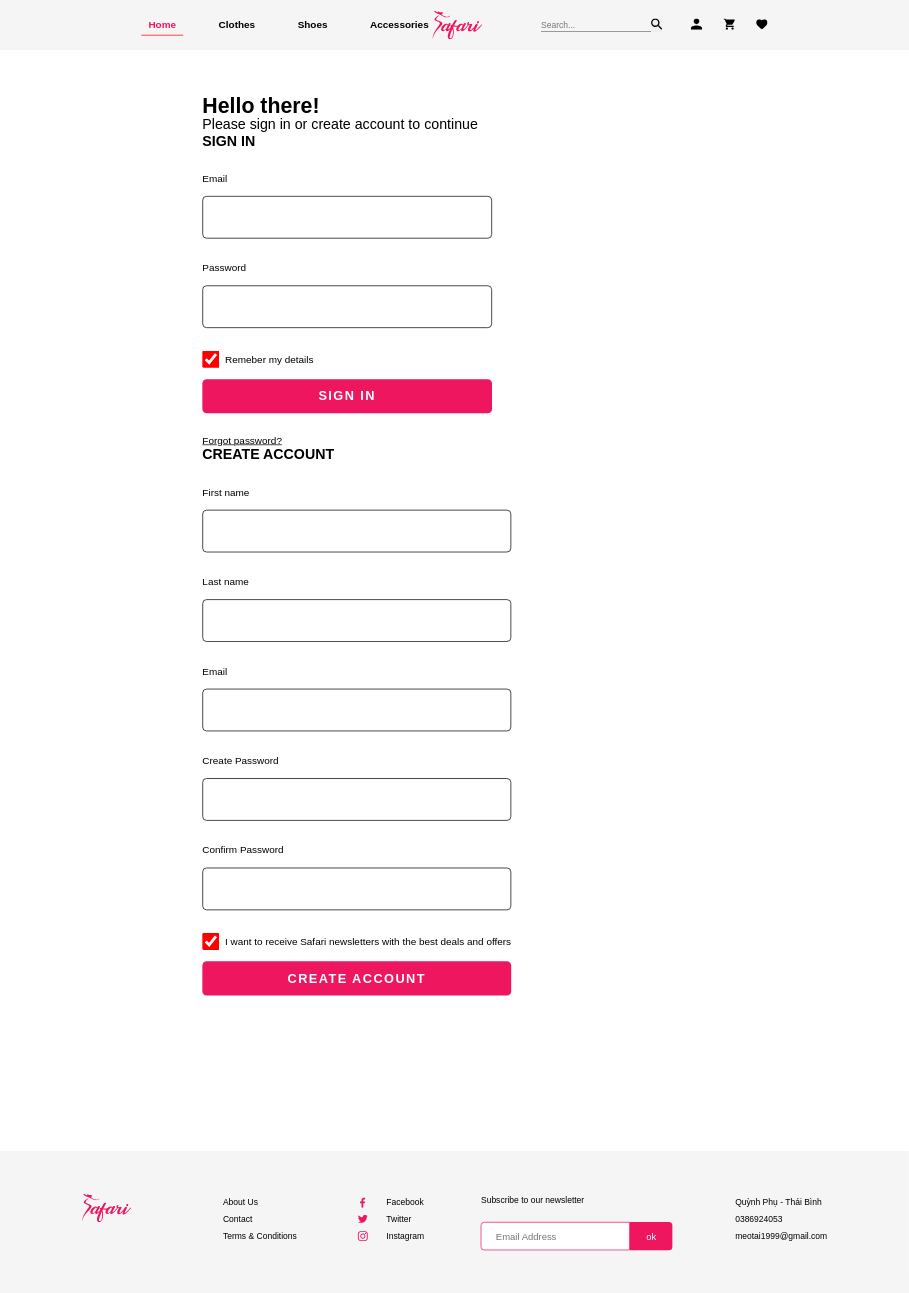
Repository: tboy1999/safari
Page: views/user.html
An editor plug-in stored every save of this project. The page is shown before and after the next save, followed by the edit.
The browser window is 1280 px wide. The pictures show the whole page, at 71% of full size.
Some web libraries are served in a nearby version. The style sheet was rebuilt from its Sass, Less or Tailwind sources for each picture, by a compiler version that may differ from the author's.

Above is the page before, as saved 2022-04-27 21:34:20.

After the next save:
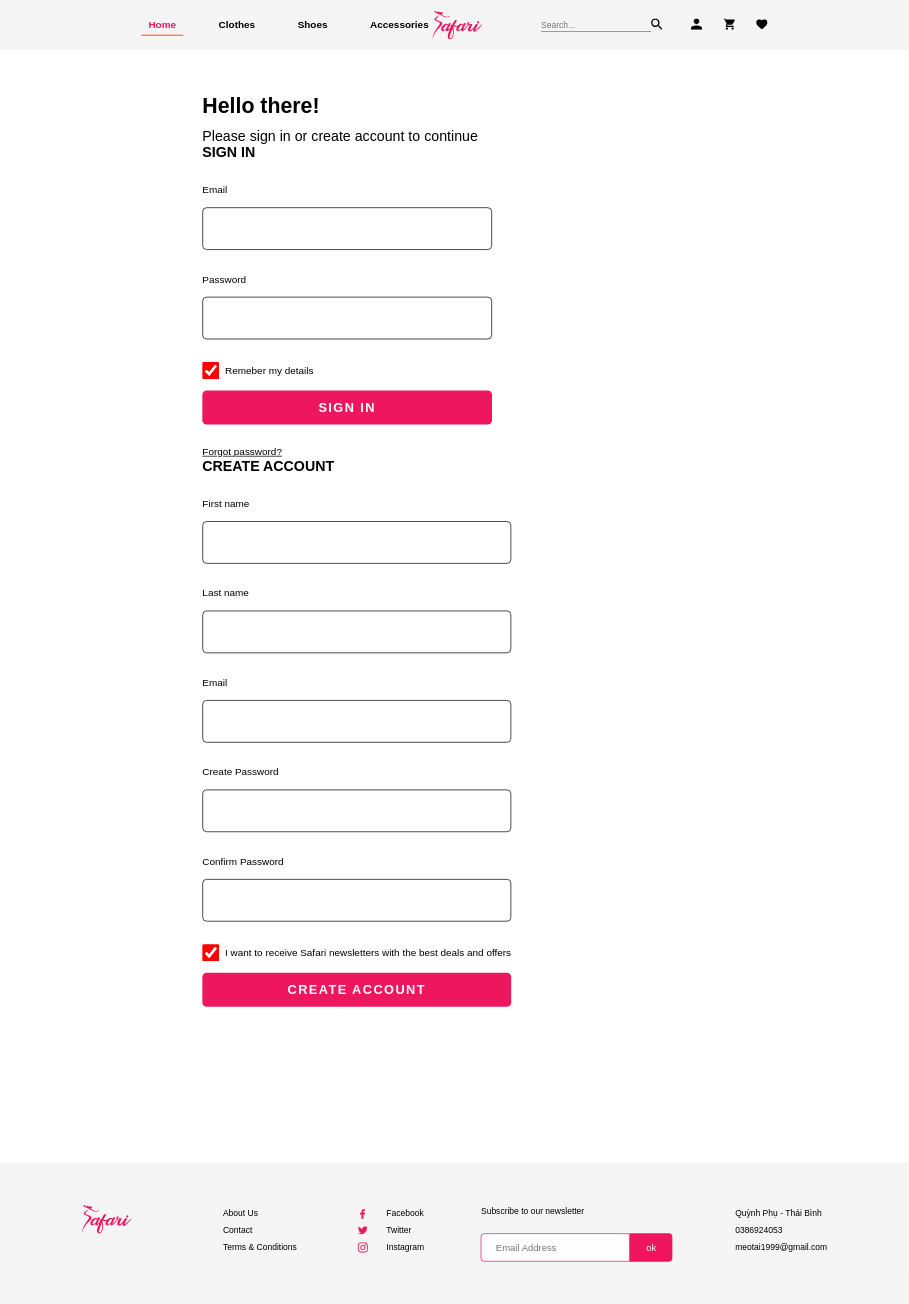
Saved 60 s later.
--- a/scss/user.scss
+++ b/scss/user.scss
@@ -12,7 +12,10 @@
     margin: 0 150px
   }
   &__top {
-    padding: 0 80px
+    padding: 0 80px;
+    h1 {
+      margin-bottom: 16px;
+    }
   }
   &__signin {
     padding: 0 80px;
